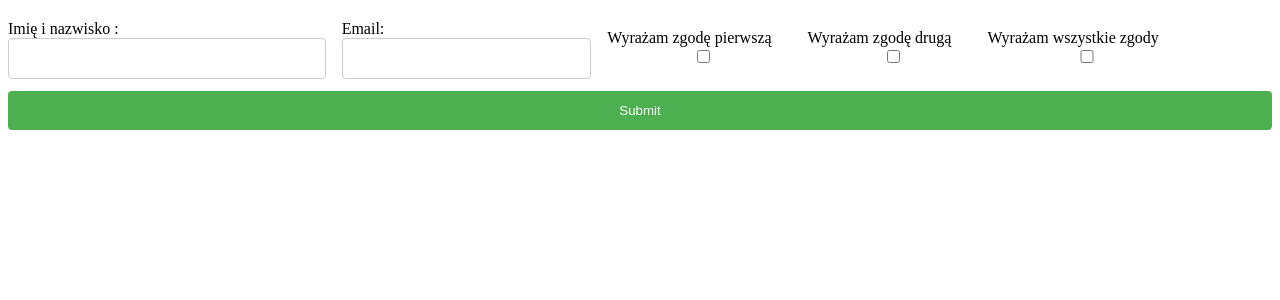
Repository: magdaf41/JavaScript
Page: JS DOM zadanie_5/index.html
These files come from the project's save history. The page is drawn as it stood at one moment and after the next save; the edit follows.
The browser window is 1280 px wide. The pictures show the whole page.

Above is the page before, as saved 2020-09-06 15:16:44.

### JS DOM zadanie_5/index.html
<!DOCTYPE html>
<html lang="en">

<head>
    <meta charset="UTF-8">
    <meta name="viewport" content="width=device-width, initial-scale=1.0">
    <title>Warsztat 2 - Obsługa formularza</title>
    <link rel="stylesheet" href="css/style.css">
</head>

<body>
    <form id="form" action="">
        <label>Imię  i nazwisko : <input type="text" name="name" value=""></label>
        <label>Email: <input type="text" name="email" id="email"> </label>

        <label>Wyrażam zgodę pierwszą<input type="checkbox" name="accept_1" id="accept"></label>
        <label>Wyrażam zgodę drugą<input type="checkbox" name="accept_2" id="accept"></label>
        <label>Wyrażam wszystkie zgody<input type="checkbox" name="allAccept" id="allAccept"></label>
        <input id="submit" type="submit" value="Submit">
    </form>


    <script src="js/script.js"></script>
</body>

</html>

### JS DOM zadanie_5/css/style.css
input {
    width: 100%;
    padding: 12px;
    border: 1px solid #ccc;
    border-radius: 4px;
    box-sizing: border-box;
    resize: vertical;
  }

  /* Style the label to display next to the inputs */
  label {
    padding: 12px 12px 12px 0;
    display: inline-block;
  }

  /* Style the submit button */
  input[type=submit] {
    background-color: #4CAF50;
    color: white;
    padding: 12px 20px;
    border: none;
    border-radius: 4px;
    cursor: pointer;
    float: right;
  }

### JS DOM zadanie_5/js/script.js
const send = (event) => {
    event.preventDefault();
    let fname = document.querySelector('[name = "fname"');
    let lname = document.querySelector('[name ="lname"');
    console.log(`Imię: ${fname.value}, Nazwisko: ${lname.value}`);
}

let form = document.getElementById('form');
form.addEventListener('submit', send);

After the next save:
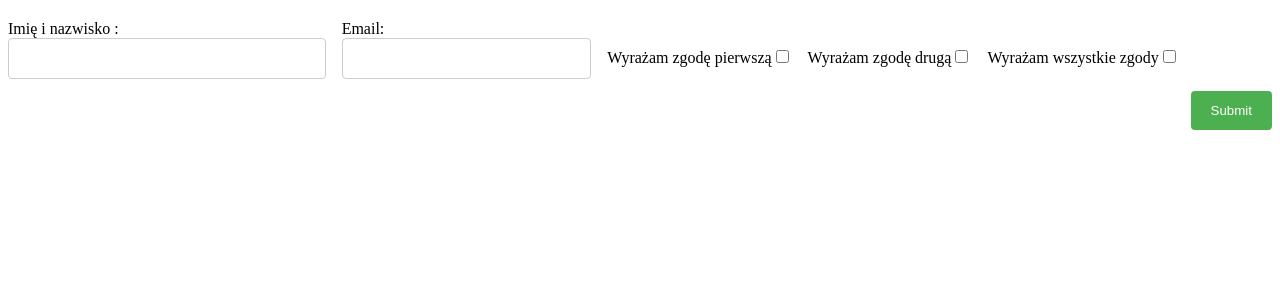
Saved 40 s later.
--- a/JS DOM zadanie_5/css/style.css
+++ b/JS DOM zadanie_5/css/style.css
@@ -1,4 +1,4 @@
-input {
+input[type=text]{
     width: 100%;
     padding: 12px;
     border: 1px solid #ccc;
